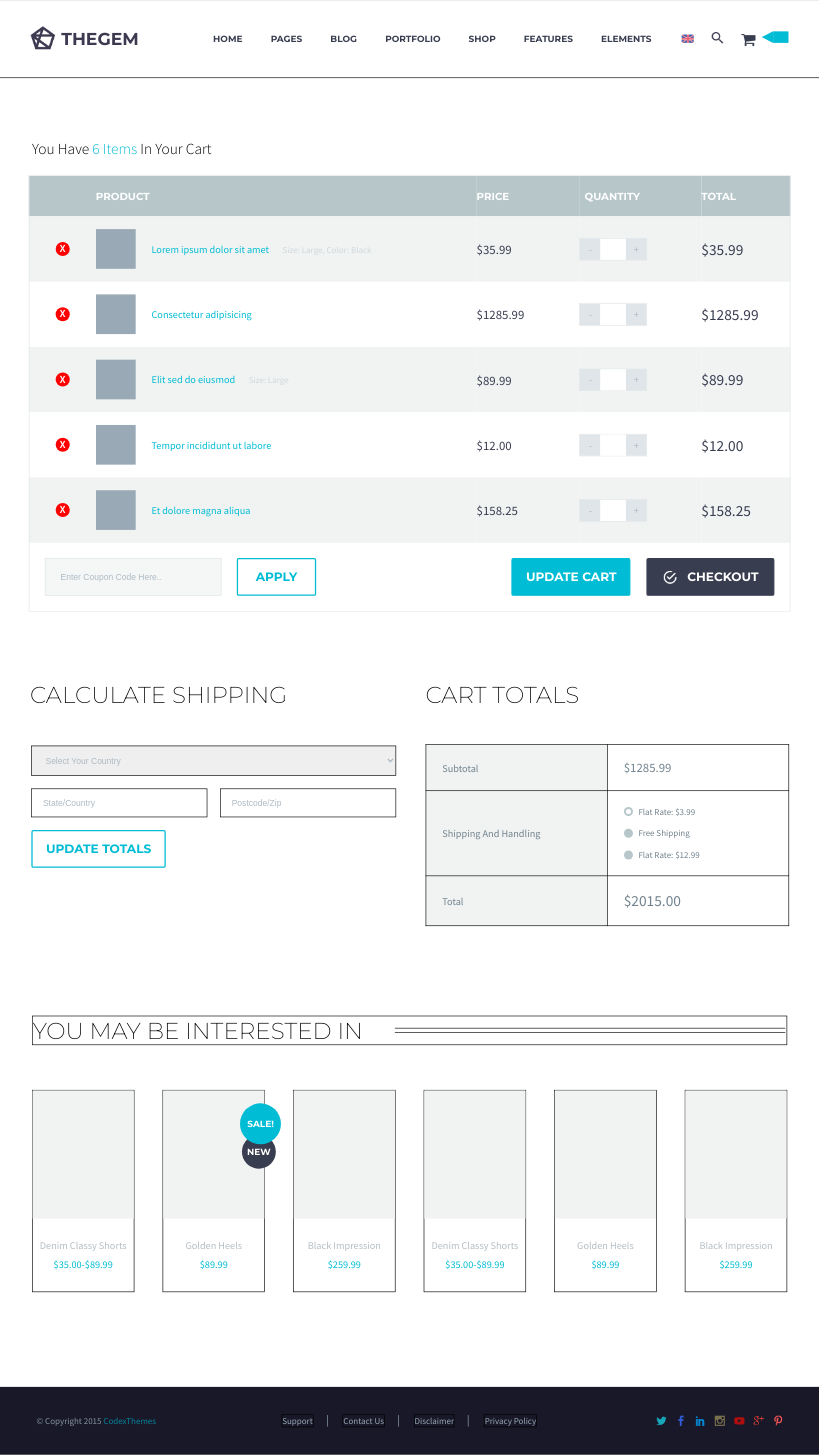
Repository: flylessbird/shop_cart
Page: html/page.html
These files come from the project's save history. The page is drawn as it stood at one moment and after a run of saves; the edit follows.
The browser window is 1280 px wide. The pictures show the whole page, at 64% of full size.
The style sheet was rebuilt from its Sass, Less or Tailwind sources for each picture, by a compiler version that may differ from the author's.

Above is the page before, as saved 2022-05-14 20:19:57.

After the next 3 saves:
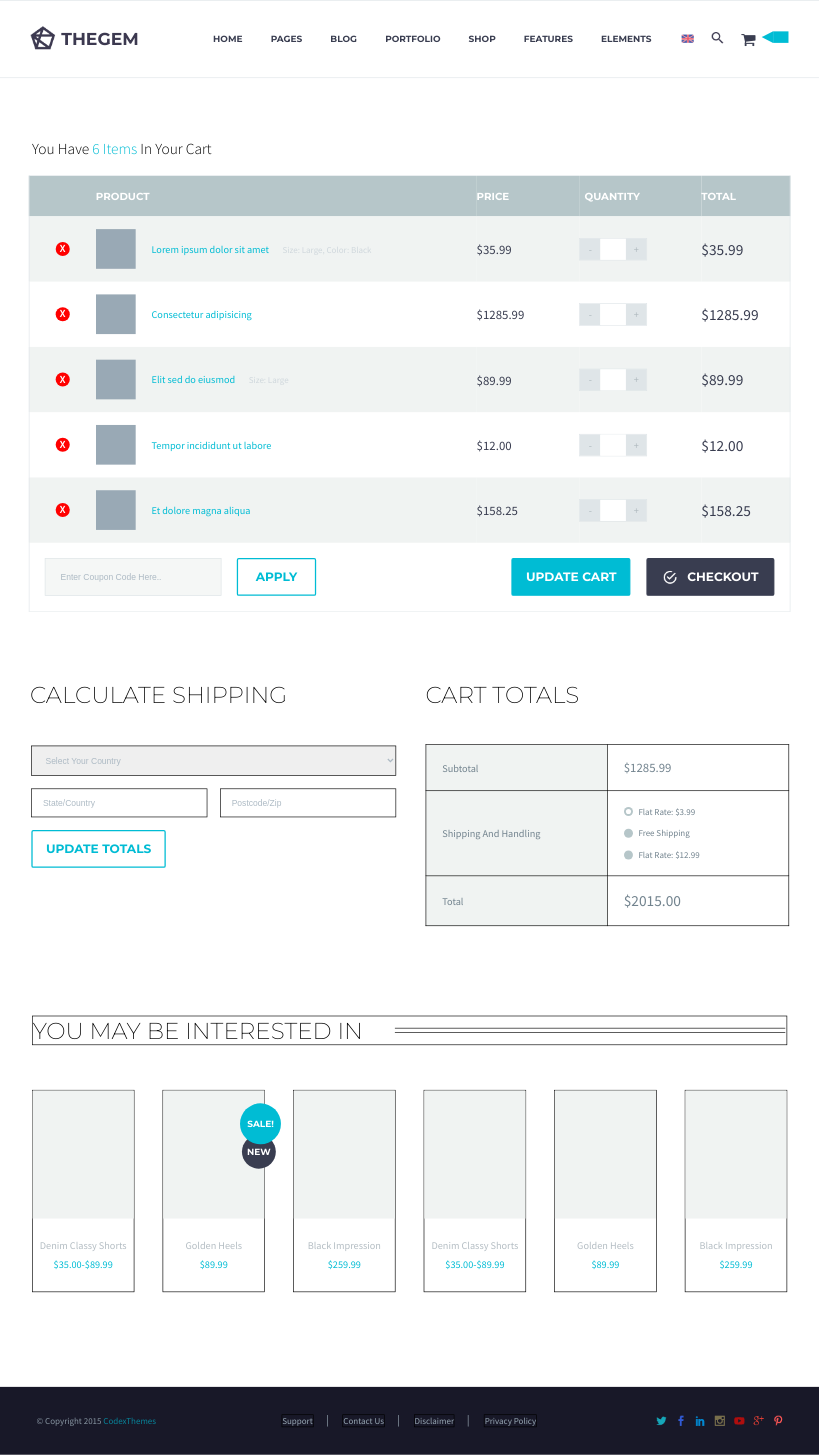
The 3 saves are shown as one change because they came seconds apart.
The last was saved 7 s later.
--- a/css/page.scss
+++ b/css/page.scss
@@ -17,7 +17,7 @@
   align-items: center;
   margin: 0 auto;
   border-top: 1px solid $grey_bd;
-  border-bottom: 1px solid black;
+  border-bottom: 1px solid $grey_bd;
   ul {
     display: flex;
     justify-content: center;
